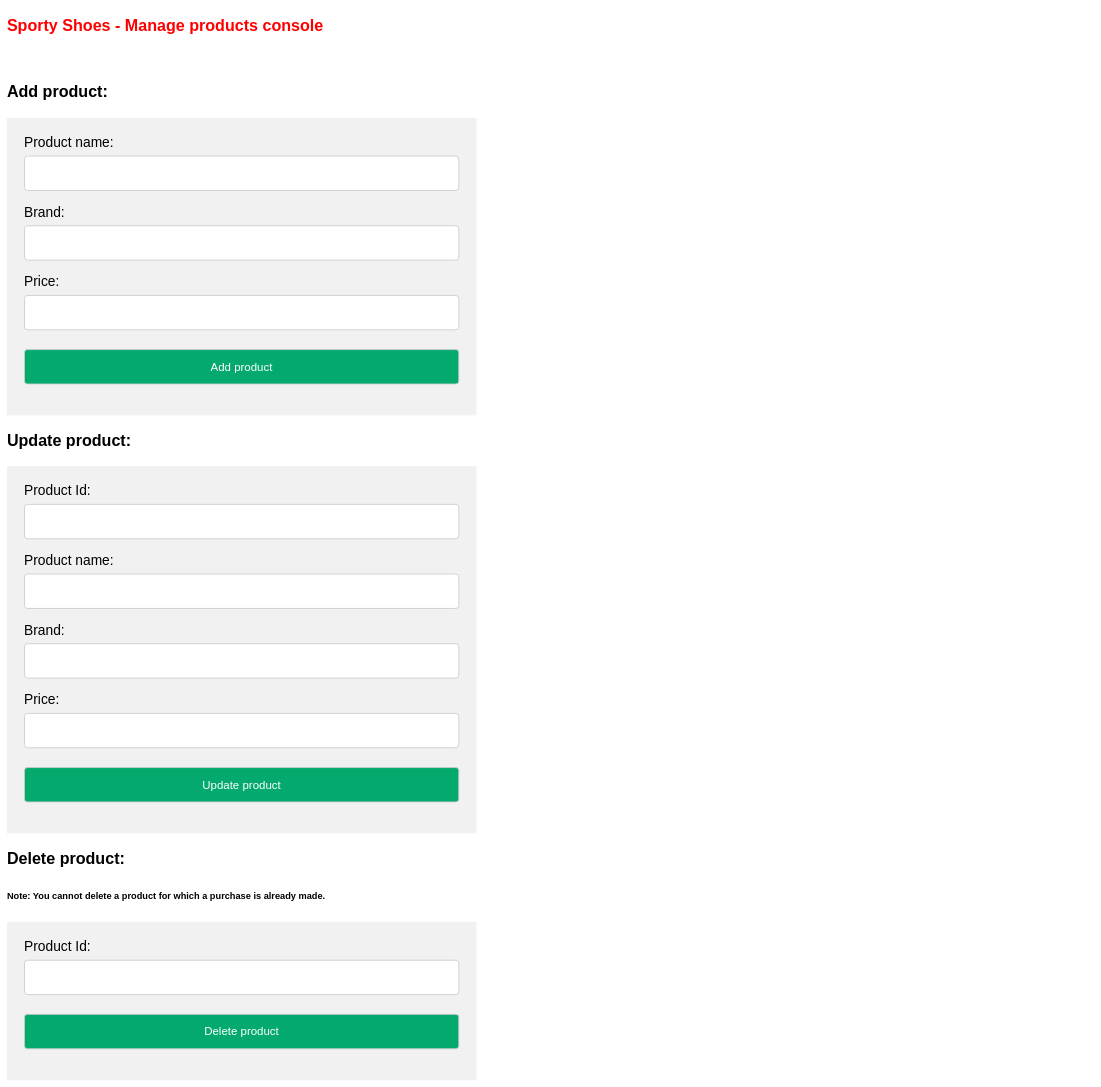
Repository: hope745/SportyShoes
Page: SportyShoes/src/main/resources/static/manageproducts.html
The author's editor kept a copy of each file at every save. The page is drawn from the files as they stood at one save, then again after the next save.
The browser window is 1280 px wide. The pictures show the whole page, at 86% of full size.

Above is the page before, as saved 2021-11-17 10:26:21.

### SportyShoes/src/main/resources/static/manageproducts.html
<!DOCTYPE html>
<html>
<head>
<meta name="viewport" content="width=device-width, initial-scale=1">
<style>
/* Style all input fields */
input {
	width: 100%;
	padding: 12px;
	border: 1px solid #ccc;
	border-radius: 4px;
	box-sizing: border-box;
	margin-top: 6px;
	margin-bottom: 16px;
}

body {
	font-family: Arial, Helvetica, sans-serif;
}
/* Style the submit button */
input[type=button] {
	background-color: #04AA6D;
	color: white;
	width: 100%;
}

input[type=submit] {
	background-color: #04AA6D;
	color: white;
	width: 100%;
}
/* Style the container for inputs */
.container {
	background-color: #f1f1f1;
	padding: 20px;
	width: 40%;
}
/* The message box is shown when the user clicks on the password field */
#message {
	display: none;
	background: #04AA6D;
	color: #000;
	position: relative;
	padding: 20px;
	margin-top: 10px;
}

#message p {
	padding: 10px 35px;
	font-size: 18px;
}
</style>
</head>
<title>Manage products</title>
<body>
	<h3 style="color:red;font-family: Arial, Helvetica, sans-serif;">Sporty Shoes - Manage products console</h3><br/>
	<h3>Add product:</h3>
	<div class="container">
		<form action="/addproduct" method="post">
			<label>Product name:</label><br /><input type="text" id="productName" name="productName" required><br />
			<label>Brand:</label><br /><input type="text" id="brand" name="brand" required><br />
			<label>Price:</label><br /><input type="number" id="price" name="price" required><br />
			<input type="submit" value="Add product" id="addProductButton">
		</form>
	</div>
	<h3>Update product:</h3>
	<div class="container">
		<form action="/updateproduct" method="post">
			<label>Product Id:</label><br /><input type="text" id="productIdUpdated" name="productIdUpdated" required><br />
			<label>Product name:</label><br /><input type="text" id="productNameUpdated" name="productNameUpdated"><br />
			<label>Brand:</label><br /><input type="text" id="brandUpdated" name="brandUpdated"><br />
			<label>Price:</label><br /><input type="number" id="priceUpdated" name="priceUpdated"><br />
			<input type="submit" value="Update product" id="updateProductButton">
		</form>
	</div>
	<h3>Delete product:</h3>
	<h6>Note: You cannot delete a product for which a purchase is already made.</h6>
	<div class="container">
		<form action="/deleteproduct" method="post">
			<label>Product Id:</label><br /><input type="text" id="productIdDeleted" name="productIdDeleted" required><br />
			<input type="submit" value="Delete product" id="deleteProductButton">
		</form>
	</div>
</body>
</html>

After the next save:
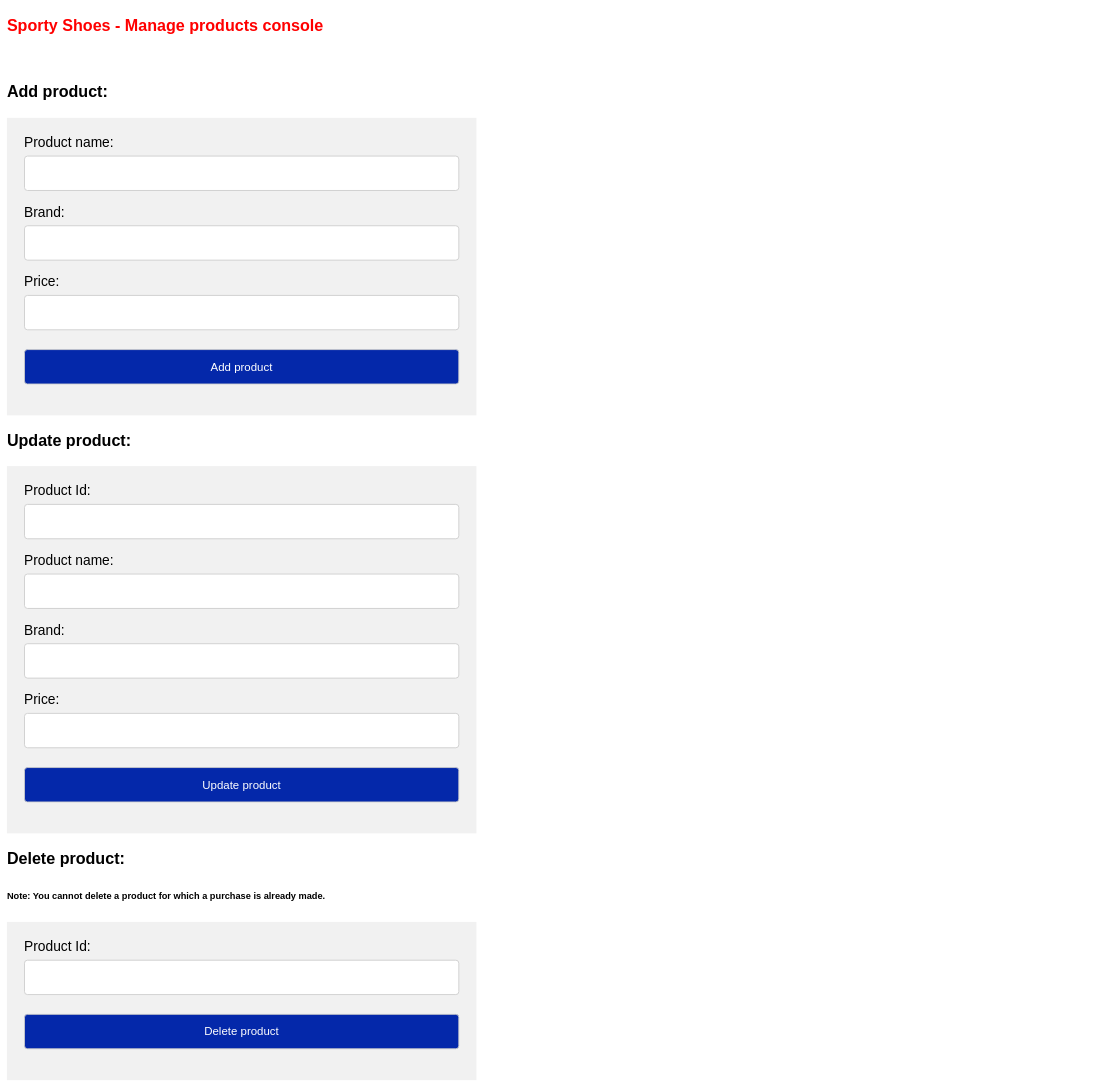
Saved 50 s later.
--- a/SportyShoes/src/main/resources/static/manageproducts.html
+++ b/SportyShoes/src/main/resources/static/manageproducts.html
@@ -19,13 +19,13 @@
 }
 /* Style the submit button */
 input[type=button] {
-	background-color: #04AA6D;
+	background-color: #0428aa;
 	color: white;
 	width: 100%;
 }
 
 input[type=submit] {
-	background-color: #04AA6D;
+	background-color: #0428aa;
 	color: white;
 	width: 100%;
 }
@@ -38,7 +38,7 @@
 /* The message box is shown when the user clicks on the password field */
 #message {
 	display: none;
-	background: #04AA6D;
+	background: #0428aa;
 	color: #000;
 	position: relative;
 	padding: 20px;
